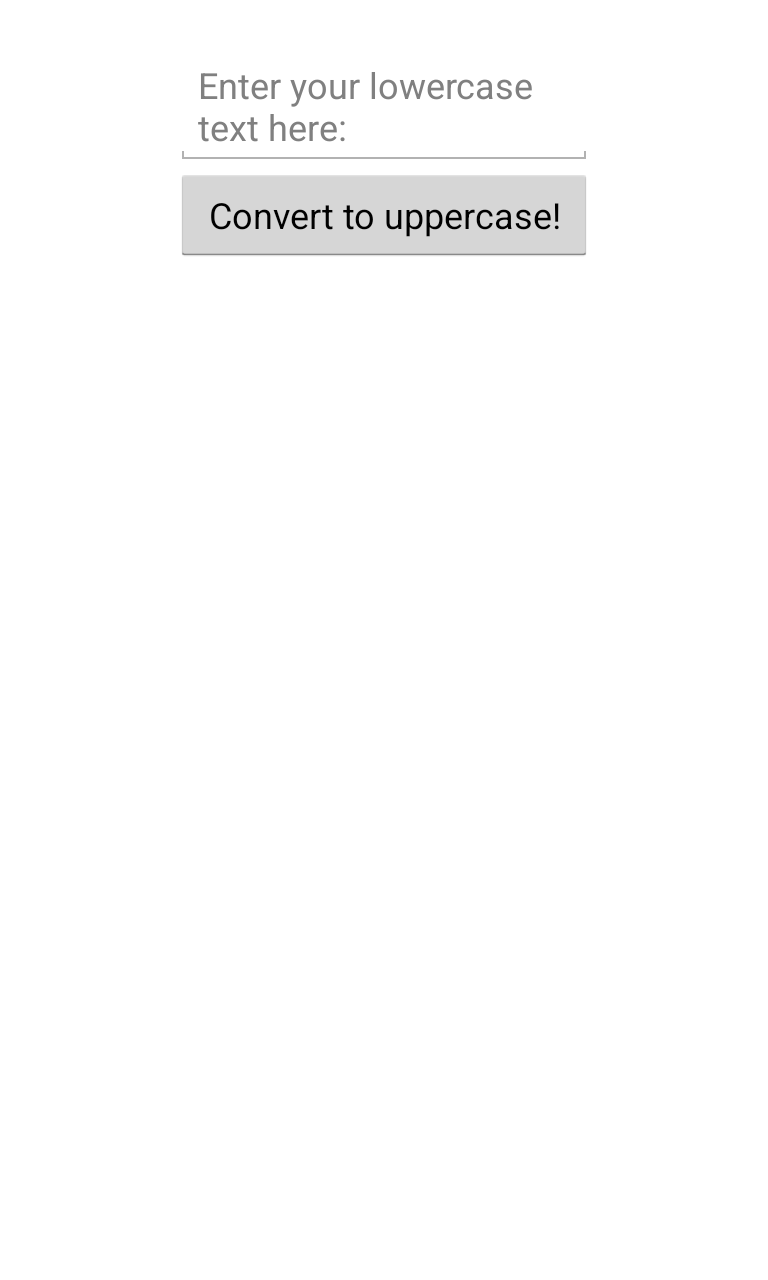
Repository: worxli/DS-Assigment3
Layout: VS-lukasbi-capitalize/res/layout/activity_main.xml
These files come from the project's save history. The layout is drawn as it stood at one moment and after the next save; the edit follows.
It is drawn on a 768 x 1280 px phone screen (xhdpi) without system bars, with theme AppTheme; the app's code is not run.

Above is the layout before, as saved 2013-10-31 10:13:59.

### VS-lukasbi-capitalize/res/layout/activity_main.xml
<RelativeLayout xmlns:android="http://schemas.android.com/apk/res/android"
    xmlns:tools="http://schemas.android.com/tools"
    android:layout_width="match_parent"
    android:layout_height="match_parent"
    android:paddingBottom="@dimen/activity_vertical_margin"
    android:paddingLeft="@dimen/activity_horizontal_margin"
    android:paddingRight="@dimen/activity_horizontal_margin"
    android:paddingTop="@dimen/activity_vertical_margin"
    tools:context=".MainActivity" >

    <TextView
        android:id="@+id/uppercase"
        android:layout_width="wrap_content"
        android:layout_height="wrap_content"
        android:layout_alignLeft="@+id/editText1"
        android:layout_alignRight="@+id/editText1"
        android:layout_below="@+id/editText1"
        android:layout_marginTop="38dp"
        android:text=""
        android:textAppearance="?android:attr/textAppearanceLarge" />

    <Button
        android:id="@+id/convert"
        android:layout_width="wrap_content"
        android:layout_height="wrap_content"
        android:layout_alignLeft="@+id/lowercase"
        android:layout_alignRight="@+id/lowercase"
        android:layout_below="@+id/lowercase"
        android:text="Convert to uppercase!" />

    <EditText
        android:id="@+id/lowercase"
        android:layout_width="wrap_content"
        android:layout_height="wrap_content"
        android:layout_alignBottom="@+id/uppercase"
        android:layout_centerHorizontal="true"
        android:ems="10"
        android:hint="@string/info" />

</RelativeLayout>

### VS-lukasbi-capitalize/res/values/strings.xml
<?xml version="1.0" encoding="utf-8"?>
<resources>

    <string name="app_name">VS-lukasbi-capitalize</string>
    <string name="action_settings">Settings</string>
    <string name="info">Enter your lowercase text here:</string>

</resources>

Loaded but not shown: VS-lukasbi-capitalize/res/values/styles.xml (common file); VS-lukasbi-capitalize/res/values-v11/styles.xml (common file); VS-lukasbi-capitalize/res/values-v14/styles.xml (common file); VS-lukasbi-capitalize/res/values/dimens.xml (common file)

After the next save:
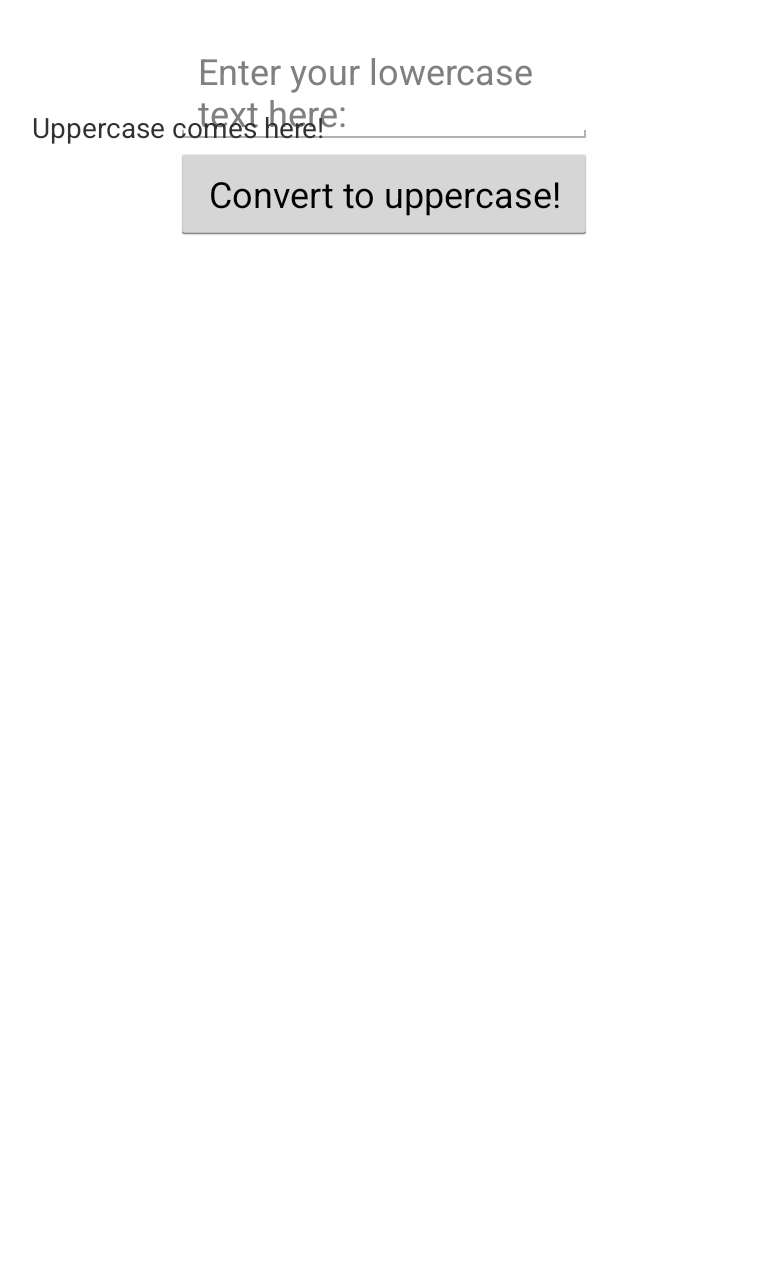
Saved 50 s later.
--- a/VS-lukasbi-capitalize/res/layout/activity_main.xml
+++ b/VS-lukasbi-capitalize/res/layout/activity_main.xml
@@ -8,16 +8,14 @@
     android:paddingTop="@dimen/activity_vertical_margin"
     tools:context=".MainActivity" >
 
-    <TextView
-        android:id="@+id/uppercase"
+    <EditText
+        android:id="@+id/lowercase"
         android:layout_width="wrap_content"
         android:layout_height="wrap_content"
-        android:layout_alignLeft="@+id/editText1"
-        android:layout_alignRight="@+id/editText1"
-        android:layout_below="@+id/editText1"
-        android:layout_marginTop="38dp"
-        android:text=""
-        android:textAppearance="?android:attr/textAppearanceLarge" />
+        android:layout_alignBottom="@+id/uppercase"
+        android:layout_centerHorizontal="true"
+        android:ems="10"
+        android:hint="@string/info" />
 
     <Button
         android:id="@+id/convert"
@@ -28,13 +26,14 @@
         android:layout_below="@+id/lowercase"
         android:text="Convert to uppercase!" />
 
-    <EditText
-        android:id="@+id/lowercase"
+    <TextView
+        android:id="@+id/uppercase"
         android:layout_width="wrap_content"
         android:layout_height="wrap_content"
-        android:layout_alignBottom="@+id/uppercase"
-        android:layout_centerHorizontal="true"
-        android:ems="10"
-        android:hint="@string/info" />
+        android:layout_alignLeft="@+id/editText1"
+        android:layout_alignRight="@+id/editText1"
+        android:layout_below="@+id/editText1"
+        android:layout_marginTop="38dp"
+        android:text="Uppercase comes here!" />
 
 </RelativeLayout>
